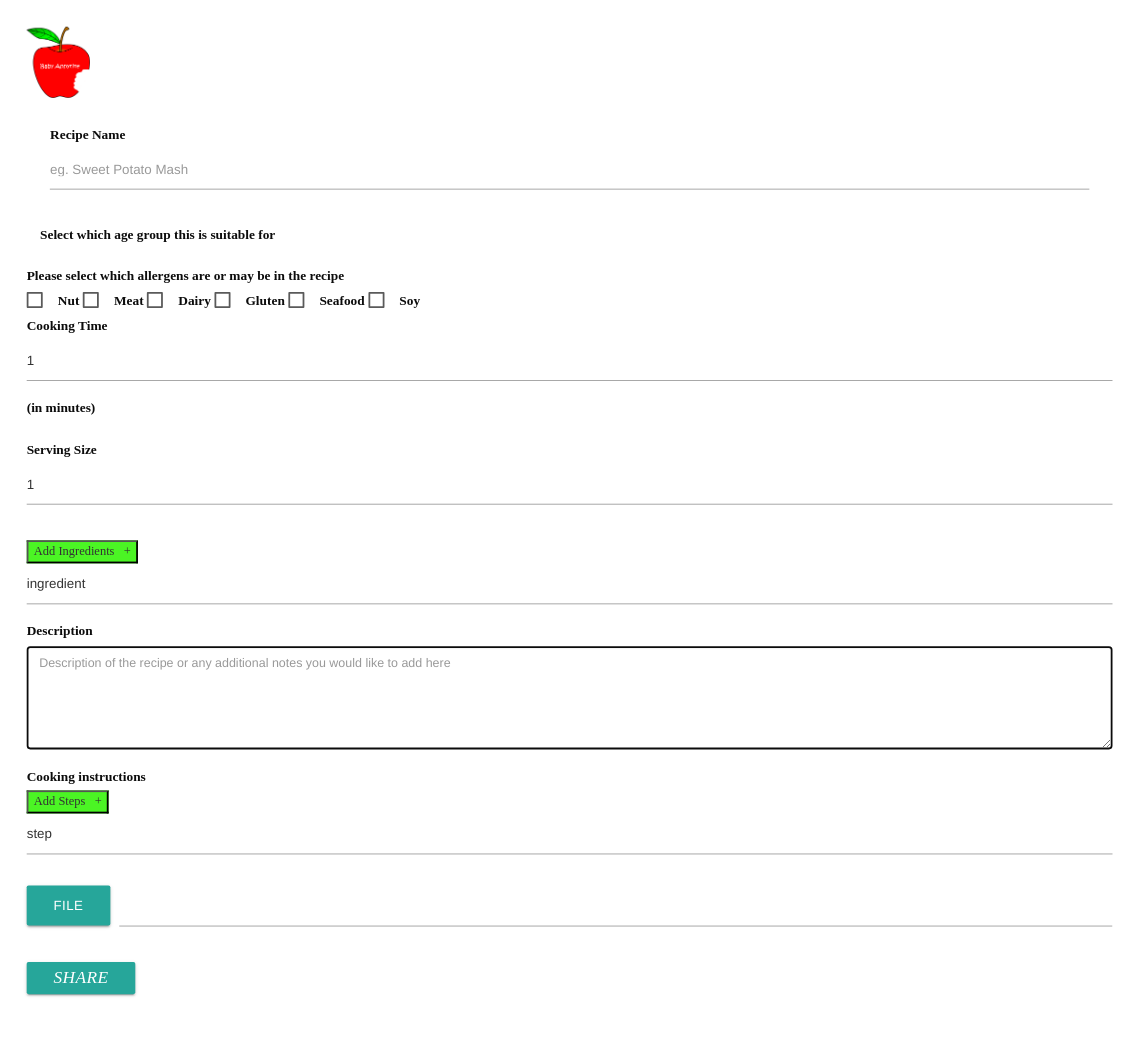
Repository: blueag8/babyappytite
Page: http://localhost/addrecipe
The author's editor kept a record of every edit. The page is drawn from the files as they stood at one moment, then again after the next edit.
The browser window is 1280 px wide. The pictures show the whole page, at 89% of full size.
Some web fonts or font styles are not loaded; a fallback is used. Some web libraries are served in a nearby version. The page is served by the project's application, run on Flask 3 (app.py). Queries for data that is not in the repository find no rows.

Above is the page before.
Console error: SyntaxError: Unexpected end of input

### templates/addrecipe.html
{% extends 'base.html'%}{% block content %}




<div class="form row">
<form action="{{ url_for('insert_recipe') }}" name="form" method="POST" class="col s12">
      <label class="recipe_name">Recipe Name</label>
      <input type="text" class="form-control" id="recipe_name" name="recipe_name" placeholder="eg. Sweet Potato Mash">
    </div>

<div class="row">
    <div class="category_age">
      <label for="category_age">Select which age group this is suitable for</label>
        <select class="category" id="category_age" name="category_age" required>
          <option value=""disabled>choose category</option>
          <option value="1">6 months +</option>
          <option value="2">7 months +</option>
          <option value="3">10 months +</option>
          <option value="4">12 months +</option>
        </select>
      </div>
  </div>
</div>

  <div class = "allergens">
     <label for="allergens" name="allergen">Please select which allergens are or may be in the recipe</label>
      <div class="form-check form-check-inline">
        <input class="form-check-input" type="checkbox" id="Nut" name="allergen" value="Nut">
        <label class="form-check-label" for="Nut">Nut</label>


        <input class="form-check-input" type="checkbox" id="Meat" name="allergn" value="Meat">
        <label class="form-check-label" for="Meat">Meat</label>


        <input class="form-check-input" type="checkbox" id="Dairy" name="allergen" value="Dairy">
        <label class="form-check-label" for="Dairy">Dairy</label>

        <input class="form-check-input" type="checkbox" id="Gluten" name="allergen" value="Gluten">
        <label class="form-check-label" for="Gluten">Gluten</label>

        <input class="form-check-input" type="checkbox" id="Seafood" name="allergen" value="Seafood">
        <label class="form-check-label" for="Seafood">Seafood</label>

        <input class="form-check-input" type="checkbox" id="Soy" name="allergen" value="Soy">
        <label class="form-check-label" for="Soy">Soy</label>
    </div>
</div>

<div class="row">
    <label for="cooking_time">Cooking Time</label>

      <input type="number" name="cooking_time" min="0" max="100" step="1" value="1" required>
      <label>(in minutes)</label>
  </div>

 <div class="row">
    <label for="portion_sizes">Serving Size</label>
    <input type="number" name="portion_size" min="0" max="100" step="1" value="1" required>
  </div>


<div class="row">
    <div class= "wrapper">
       <div class="container1">
        <button class="add_ingredients">Add Ingredients &nbsp;
          <span>+ </span>
        </button>
        <div><input type="text" name="ingredient" value="ingredient" placeholder="Sweet Potato" required>
      </div>
    </div>
  </div>

 <div class="recipe_description">
    <label for="recipe_description">Description</label>
      <div class="row">
      <textarea class="form-control" id="recipe_description" name="recipe_description" rows="5" placeholder="Description of the recipe or any additional notes you would like to add here"></textarea>
       </div>
    </div>

 <div class="row">
    <label for="add_steps">Cooking instructions</label>
<!-------https://stackoverflow.com/questions/14853779/adding-input-elements-dynamically-to-form ----->
      <div class= "wrapper">
        <div class="container2">
          <button class="add_steps">Add Steps &nbsp;
            <span>+ </span>
          </button>
            <div><input type="text" name="step" value="step" placeholder"eg. wash vegetables">
            </div>
        </div>
      </div>

  <div class="file-field input-field">
    <div class="btn">
       <span>File</span>
        <input type="file">
    </div>
    <div class="file-path-wrapper">
        <input class="file-path validate" type="text">
      </div>
    </div>
  </div>

  <div class="row">
      <button class="btn waves-effect waves-light" type="submit" name="action" value="submit">
          <i class="material-icons add_box">Share</i>
       </button>
  </div>
</div>
</div>
</form>

 {% endblock %}

### templates/base.html
<!DOCTYPE html>
<html lang="en">
<head>
    <meta charset="UTF-8">
    <meta name="viewport" content="width=device-width, initial-scale=1.0">
    <meta http-equiv="X-UA-Compatible" content="ie=edge">

    <title>"Baby Appy-tite | Recipes for 6 months +"</title>

    <link rel="stylesheet" href="https://maxcdn.bootstrapcdn.com/bootstrap/3.3.7/css/bootstrap.min.css" type="text/css">
    <link rel="stylesheet" href="https://stackpath.bootstrapcdn.com/font-awesome/4.7.0/css/font-awesome.min.css" type="text/css">
    <link href="https://fonts.googleapis.com/css?family=Emilys+Candy&display=swap" rel="stylesheet">
    <link rel="stylesheet" href="https://cdnjs.cloudflare.com/ajax/libs/materialize/0.100.2/css/materialize.min.css">
    <link rel="stylesheet" href="{{url_for('static', filename='css/style.css')}}" type="text/css" />
</head>
<header>
         <div class="nav-wrapper">
              <div class="navbar img">
                 <a class="icon" href="{{url_for('home')}}">
                      <img src="/static/img/babyappytite.png">
                </a>
            </div>
        </div>
      </div>
</header>
<body>
    <div class="container-fluid">
        {% block content %}{% endblock %}
    </div>

    <script src="https://cdnjs.cloudflare.com/ajax/libs/jquery/3.3.1/jquery.min.js"></script>
    <script src="https://cdnjs.cloudflare.com/ajax/libs/jquery/3.2.1/jquery.min.js"></script>
    <script src="https://maxcdn.bootstrapcdn.com/bootstrap/3.3.7/js/bootstrap.min.js" integrity="sha384-Tc5IQib027qvyjSMfHjOMaLkfuWVxZxUPnCJA7l2mCWNIpG9mGCD8wGNIcPD7Txa" crossorigin="anonymous"></script>
    <script src="https://cdnjs.cloudflare.com/ajax/libs/materialize/0.100.2/js/materialize.min.js"></script>
    <script type="text/javascript">
        $(document).ready(function() {
    var max_fields = 10;
    var wrapper = $(".container1");
    var add_button = $(".add_ingredients");
    var x = 1;
    $(add_button).click(function(e) {
        e.preventDefault();
        if (x < max_fields) {
            x++;
            $(wrapper).append('<div><input type="text" name="ingredient[]"/><a href="#" class="delete">Delete</a></div>'); //add input box
        } else {
            alert('You Reached the limits')
        }
    });
    $(wrapper).on("click", ".delete", function(e) {
        e.preventDefault();
        $(this).parent('div').remove();
        x--;
    })

});
 $(document).ready(function() {
    var max_fields = 10;
    var wrapper = $(".container2");
    var add_button = $(".add_steps");
    var x = 1;
    $(add_button).click(function(e) {
        e.preventDefault();
        if (x < max_fields) {
            x++;
            $(wrapper).append('<div><input type="text" name="step[]"/><a href="#" class="delete">Delete</a></div>'); //add input box
        } else {
            alert('You Reached the limits')
        }
    });
    $(wrapper).on("click", ".delete", function(e) {
        e.preventDefault();
        $(this).parent('div').remove();
        x--;
    });

});

$(document).ready(function() {
    $('select').material_select();
  });

   $(document).ready(function() {
       $()
    </script>
</body>

</html>

### app.py
import pymongo
import os


from bson.objectid import ObjectId
from flask import Flask, render_template, redirect, request, url_for, flash
from flask_pymongo import PyMongo

#connect to database
app = Flask(__name__)

app.config['MONGO_DBNAME'] ="Baby_Recipes"
app.config["MONGO_URI"] ="mongodb+srv://blueag8:mongo8@cluster0-iodau.mongodb.net/Baby_Recipes?retryWrites=true&w=majority"
app.config['SECRET_KEY'] = 'yum'

mongo = PyMongo(app)


#home page



@app.route('/')
def home():
    return render_template("index.html", recipes=mongo.db.recipes.find())

#get
#single recipe

@app.route('/recipe/<recipe_id>')
def recipe(recipe_id):
    recipes=mongo.db.recipes.find({"_id": ObjectId(recipe_id)})
    return render_template("recipe.html", recipes=recipes )

#TEST1

#recipes categorized per page route

#@app.route('/recipes')
#def recipes():
   # recipes=mongo.db.recipes.find()
    #TEST
    #for recipe in recipes:
      #  print(recipe)

   # return render_template("recipes.html")

@app.route('/sixmonth_recipes')
def sixmonth_recipes():
   return render_template("recipes.html", recipes=mongo.db.recipes.find({"category_age":"6 months +"}))

@app.route('/sevenmonth_recipes')
def sevenmonth_recipes():
    return render_template("recipes.html", recipes=mongo.db.recipes.find({"category_age":"7 months +"}))

@app.route('/tenmonth_recipes')
def tenmonth_recipes():
    return render_template("recipes.html", recipes=mongo.db.recipes.find({"category_age":"10 months +"}))

@app.route('/twelvemonth_recipes')
def twelvemonth_recipes():
    return render_template("recipes.html",recipes=mongo.db.recipes.find({"category_age":"12 months +"}))

#add recipe

@app.route('/addrecipe')
def addrecipe():
    #return render_template("testform.html",recipes=mongo.db.recipes.find(),
          # categories=mongo.db.categories.find())
    return render_template("addrecipe.html", recipes=mongo.db.recipes.find(),
           categories=mongo.db.categories.find())

 #took idea for flash from https://github.com/Deirdre18/dumpdinners-recipe-app/blob/master/app.py

#@app.route('/insert_recipe', methods=['POST'])
#def insert_recipe():
   # recipes=mongo.db.recipes
   # recipes.insert(request.form.to.dict(flat=False))
   # flash ("Thank you, your recipe has been added!")

    #return render_template("addrecipe.html", recipe=recipe)
    #Test1 Failed

    #Testing2
@app.route('/insert_recipe', methods=['GET','POST'])
def insert_recipe():
    recipes=mongo.db.recipes

   # filepath = '../static/img/' + filename


    recipe_name=request.form["recipe_name"]
    category_age=request.form["category_age"]
    cooking_time=int(request.form["cooking_time"])
    portion_sizes=int(request.form["portion_size"])
    allergens=request.form.getlist("allergen")
    ingredients=request.form.getlist("ingredient")
    recipe_description=request.form["recipe_description"]
    steps=request.form.getlist("step")
    #filename = image.save(request.files['image'])

    form={

        "recipe_name":recipe_name,
        "category_age":category_age,
        "cooking_time":cooking_time,
        "portion_size":portion_sizes,
        "allergen": allergens,
        "ingredient": ingredients,
        "recipe_description":recipe_description,
        "step": steps,
       # "image": filepath,
          }



    recipes.insert_one(form)
    flash ("Thank you, your recipe has been added!")
    return redirect(url_for('home'))

#edit recipe
#@app.route('/editrecipe/<recipe_id>', methods=['GET','POST'])
#def editrecipe(recipe_id):

    #return render_template("testform.html",recipes=mongo.db.recipes.find(),
          # categories=mongo.db.categories.find())
    #return render_template("editrecipe.html",recipes=mongo.db.recipes.find({"_id": ObjectId(recipe_id)}),
          # categories=mongo.db.categories.find())

#TESTING
@app.route('/editrecipe/<recipe_id>')
def editrecipe(recipe_id):
    the_recipe = mongo.db.recipes.find_one({'_id': ObjectId(recipe_id)})
    all_categories=mongo.db.category_age.find()
    allergen=mongo.db.allergens.find()
    return render_template('testformupdate.html', recipe=the_recipe, allergen=allergen, category_age=all_categories)

@app.route('/update_recipe', methods=['POST'])
def update_recipe(recipe_id):
    recipes=mongo.db.recipes
    recipes.update( {'_id': ObjectId(recipe_id)},
   # filepath = '../static/img/' + filename
    {
    {
            'recipe_name':request.form.get["recipe_name"],
            'category_age':request.form.get["category_age"],
            'cooking_time':int(request.form["cooking_time"]),
            'portion_sizes':int(request.form["portion_size"]),
            'allergens':request.form.getlist("allergen"),
            'ingredients':request.form.getlist("ingredient"),
            'recipe_description':request.form["recipe_description"],
            'steps':request.form.getlist("step"),
            }
   # filename = image.save(request.files['image'])
      })

    #flash ("Thank you, your recipe has been added!")
    return redirect(url_for('home'))

   # filepath = '../static/img/' + filename

    #filename = image.save(request.files['image']




if __name__ == '__main__':
    app.run(host=os.environ.get('IP'),
            port=int(os.environ.get('PORT')),
            debug=True)

### static/css/style.css
body {
    margin: 15px;
    padding: 20px;
}

img {
    height: 150px;
    vertical-align: super;
}
.apple img {
    height: 200px;
}

.caterpillar img {
    height: 100px;
}

.mainlink img
{
    height: 125px;
    }

.navbar img {
    height: 80px;
}

.main {
    margin: 20px;
    padding: 20px;
    border: 15px;
}
.form-control {
    color: #0c0c0c;
    background-color: #fff;
    background-image: none;
    border: 2px solid #0b0b0b;
}
label {
   color: #0c0c0c;
    font-family: 'Emilys Candy', cursive;
    /* font-family: Emily; */
    font-size: 15px;
}

button{
    background-color: #4bf524;
    font-family: 'Emily';
}
.delete {
    color: #db1f1f;
}

/*---------Navbar----------*/
.navbar {
    position: relative;
    min-height: 50px;
    margin-bottom: 20px;
    border: none;
    background-color: transparent;
}
.navbar-brand img {
    height: 50px;
}

/*-----Media Queries--------*/

@media (min-width: 767px)
{
body {
    margin: 10px;
}
}

After the next edit:
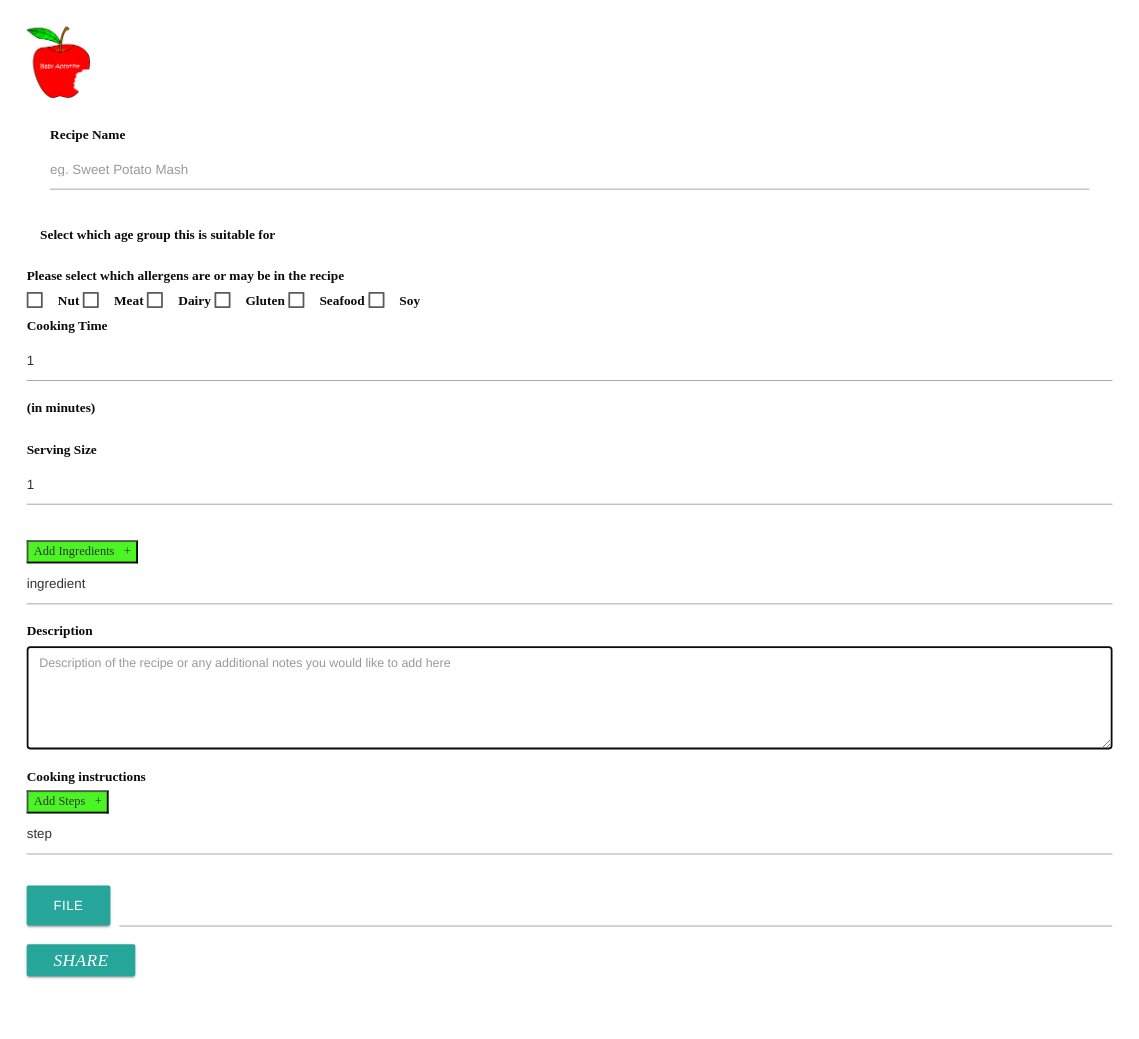
The edit:
--- a/templates/addrecipe.html
+++ b/templates/addrecipe.html
@@ -79,7 +79,7 @@
        </div>
     </div>
 
- <div class="row">
+ <div class="steps">
     <label for="add_steps">Cooking instructions</label>
 <!-------https://stackoverflow.com/questions/14853779/adding-input-elements-dynamically-to-form ----->
       <div class= "wrapper">
